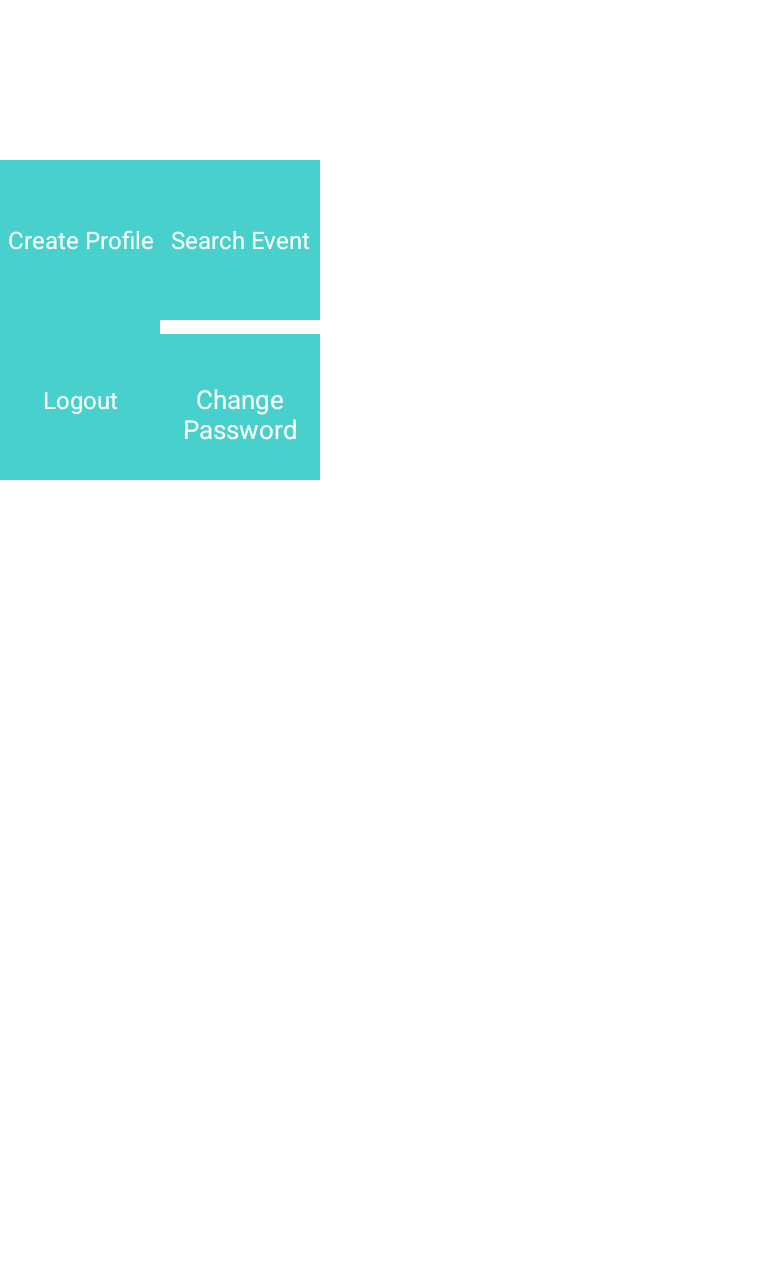
Repository: COMP231-S63G1/COMP231-S63G1
Layout: Wanna/res/layout/login_success.xml
These files come from the project's save history. The layout is drawn as it stood at one moment and after the next save; the edit follows.
It is drawn on a 768 x 1280 px phone screen (xhdpi) without system bars, with theme AppTheme; the app's code is not run. The app's manifest (not shown) leaves right-to-left support off. So textAlignment, textDirection and layoutDirection are ignored, and left and right values win over start and end ones.

Above is the layout before, as saved 2014-10-24 15:41:18.

### Wanna/res/layout/login_success.xml
<?xml version="1.0" encoding="utf-8"?>

<LinearLayout xmlns:android="http://schemas.android.com/apk/res/android"
              android:orientation="vertical"
              android:layout_width="match_parent"
              android:layout_height="match_parent"

              >

    <TextView
            android:layout_width="200dp"
            android:textColor="#48D1CC"
            android:layout_height="40dp"
            android:id="@+id/textwelcome"
            android:textSize="25sp"
            android:gravity="center"
            />
    <TextView
            android:layout_width="125dp"
            android:layout_height="40dp"
            android:id="@+id/lname"
            android:layout_alignParentTop="true"
            android:textColor="#000000"
            android:layout_toRightOf="@+id/textwelcome"
            android:textSize="20sp"/>

<TableLayout
    android:layout_width="match_parent"
    android:layout_height="match_parent"
    >
<TableRow>
<Button
        android:id="@+id/createProf"
        android:layout_width="80dp"
        android:layout_height="80dp"
        android:background="#48D1CC"
        android:text="Create Profile"
        android:textColor="#ffffff"
        android:textSize="12sp"

        />

      <Button
            android:layout_width="80dp"
            android:layout_height="80dp"
            android:text="Search Event"
            android:id="@+id/searchEvent"
            android:textSize="12sp"
            android:textColor="#ffffff"
            android:background="#48D1CC"
      />
</TableRow>
<TableRow>

    <Button
            android:layout_width="80dp"
            android:layout_height="80dp"
            android:text="Logout"
            android:id="@+id/logout"
            android:textSize="12sp"
            android:textColor="#ffffff"
            android:background="#48D1CC"
      />



    <Button
        android:id="@+id/btchangepass"
        android:layout_width="80dp"
        android:layout_height="80dp"
		android:background="#48D1CC"
        android:layout_below="@+id/textwelcome"
        android:text="Change Password"
        android:textColor="#ffffff"
        android:textSize="13sp" />
    </TableRow>

    </TableLayout>
    <TextView
            android:layout_width="100dp"
            android:layout_height="25dp"
            android:text="User Panel"
            android:id="@+id/textView"
            android:layout_below="@+id/logout"
            android:layout_alignParentRight="true"
            android:textSize="18sp" android:textColor="#000000"
            android:textAlignment="center"/>

</LinearLayout>

Loaded but not shown: Wanna/res/values/styles.xml (common file); Wanna/res/values-v11/styles.xml (common file); Wanna/res/values-v14/styles.xml (common file)

After the next save:
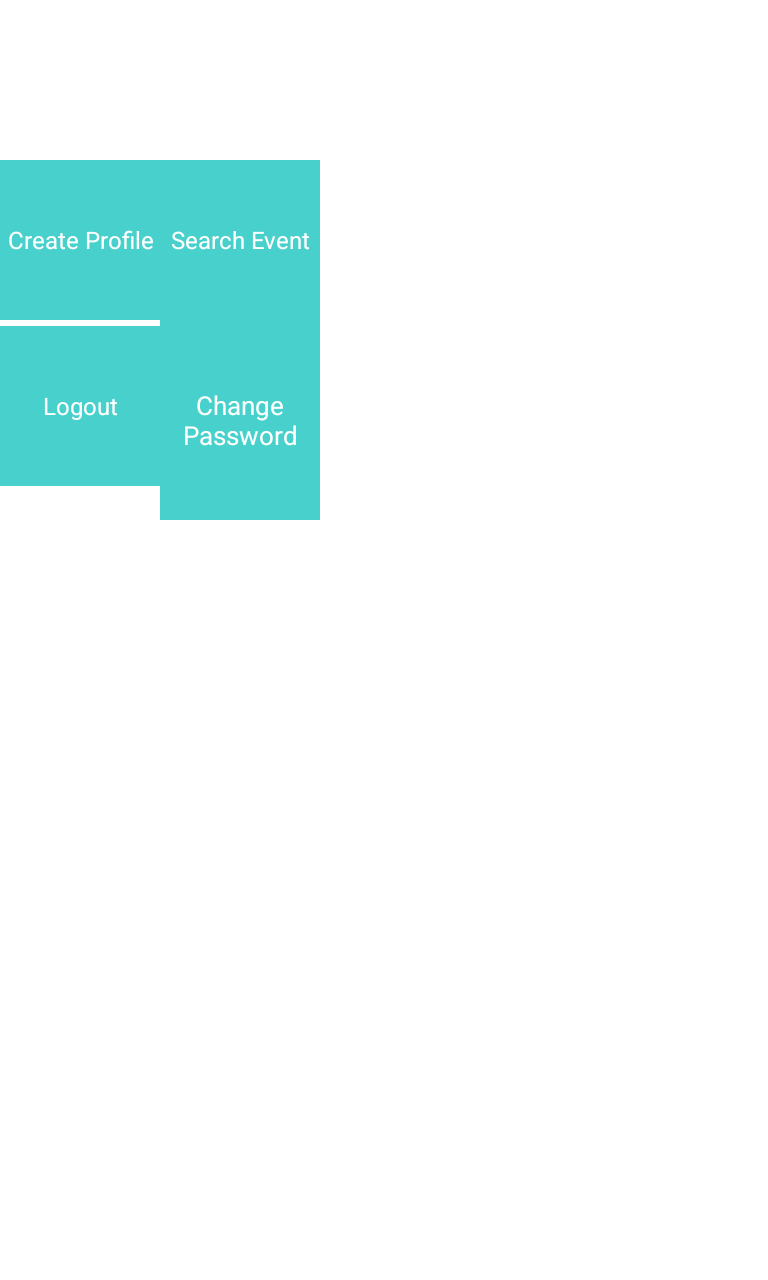
Saved 27 s later.
--- a/Wanna/res/layout/login_success.xml
+++ b/Wanna/res/layout/login_success.xml
@@ -67,7 +67,7 @@
     <Button
         android:id="@+id/btchangepass"
         android:layout_width="80dp"
-        android:layout_height="80dp"
+        android:layout_height="100dp"
 		android:background="#48D1CC"
         android:layout_below="@+id/textwelcome"
         android:text="Change Password"
